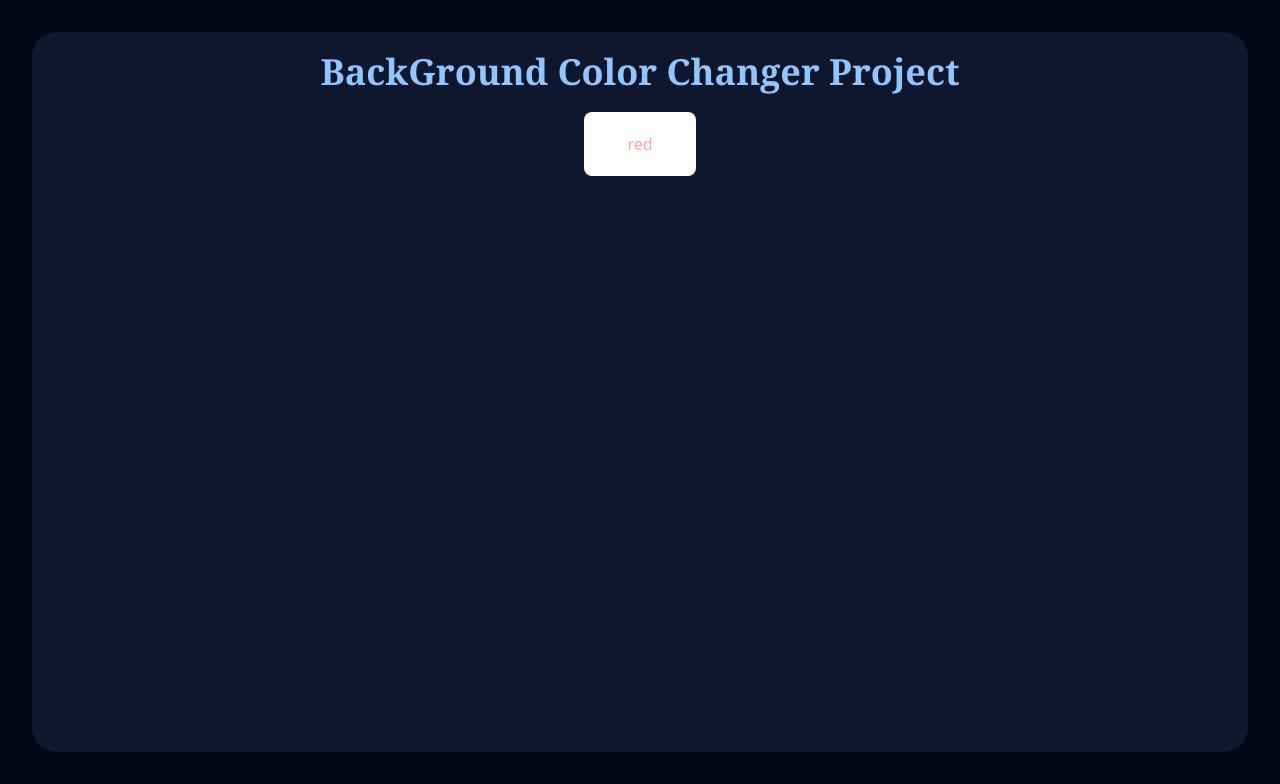
Repository: ChaitanyMishra/react-daily-work
Page: / (app in day-04-react/bg_color_changer/)
An editor plug-in stored every save of this project. The page is shown before and after the next save, followed by the edit.
The browser window is 1280 px wide. The pictures show the whole page.
The project was rebuilt for these pictures with package versions that can differ from the ones it lists, and the page was loaded fresh each time. Also part of the build but not shown: day-04-react/bg_color_changer/vite.config.js.

Above is the page before, as saved 2025-06-20 17:03:37.

### day-04-react/bg_color_changer/src/index.css
@tailwind base;
@tailwind components;
@tailwind utilities;
body{
  @apply bg-slate-950
}

### day-04-react/bg_color_changer/src/App.jsx
import {useState } from 'react'
import ChangeBgColor from './backGrounColorChanger/bgChange'

import './App.css'

function App() {
  const [colorState , changeColor] = useState('#0f172f')

  return (
    <div className='w-full h-screen rounded-3xl ' style={{backgroundColor: colorState}}>

    <h1 className=' pt-5 text-4xl font-serif font-bold text-blue-300 '>BackGround Color Changer Project</h1>
     <button className="bg-white text-red-300 m-5 p-5 rounded-lg w-[7rem]  ">red</button>
    <changeColor />
    </div>

  )


}

export default App

### day-04-react/bg_color_changer/src/backGrounColorChanger/bgChange.jsx
export default function ChangeBgColor(){
    return(
        <div className=" h-[10rem] w-[80%] bg-red ">

        </div>

    )


}

Loaded but not shown: day-04-react/bg_color_changer/index.html (common file); day-04-react/bg_color_changer/src/main.jsx (common file); day-04-react/bg_color_changer/src/App.css (common file); day-04-react/bg_color_changer/tailwind.config.js (common file)

After the next save:
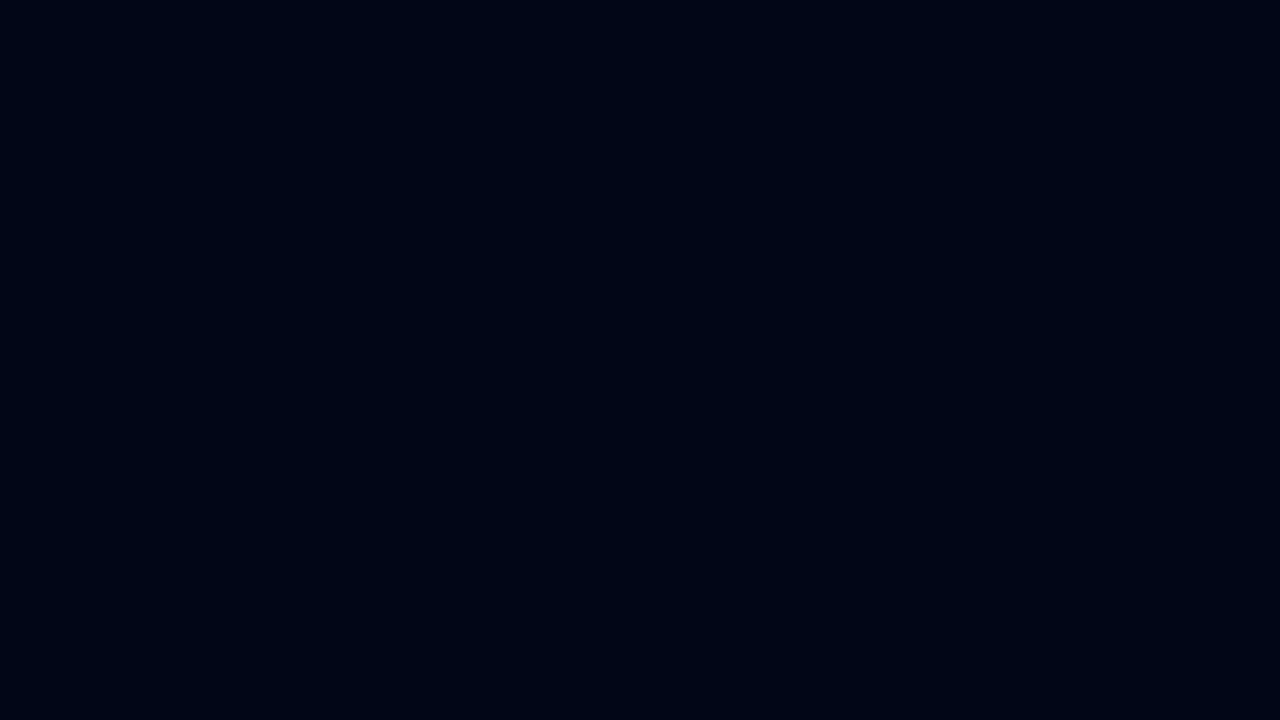
Console error: ReferenceError: ChangeColor is not defined
Saved 4 s later.
--- a/day-04-react/bg_color_changer/src/App.jsx
+++ b/day-04-react/bg_color_changer/src/App.jsx
@@ -11,7 +11,7 @@
 
     <h1 className=' pt-5 text-4xl font-serif font-bold text-blue-300 '>BackGround Color Changer Project</h1>
      <button className="bg-white text-red-300 m-5 p-5 rounded-lg w-[7rem]  ">red</button>
-    <changeColor />
+    <ChangeColor />
     </div>
 
   )

After the save that followed:
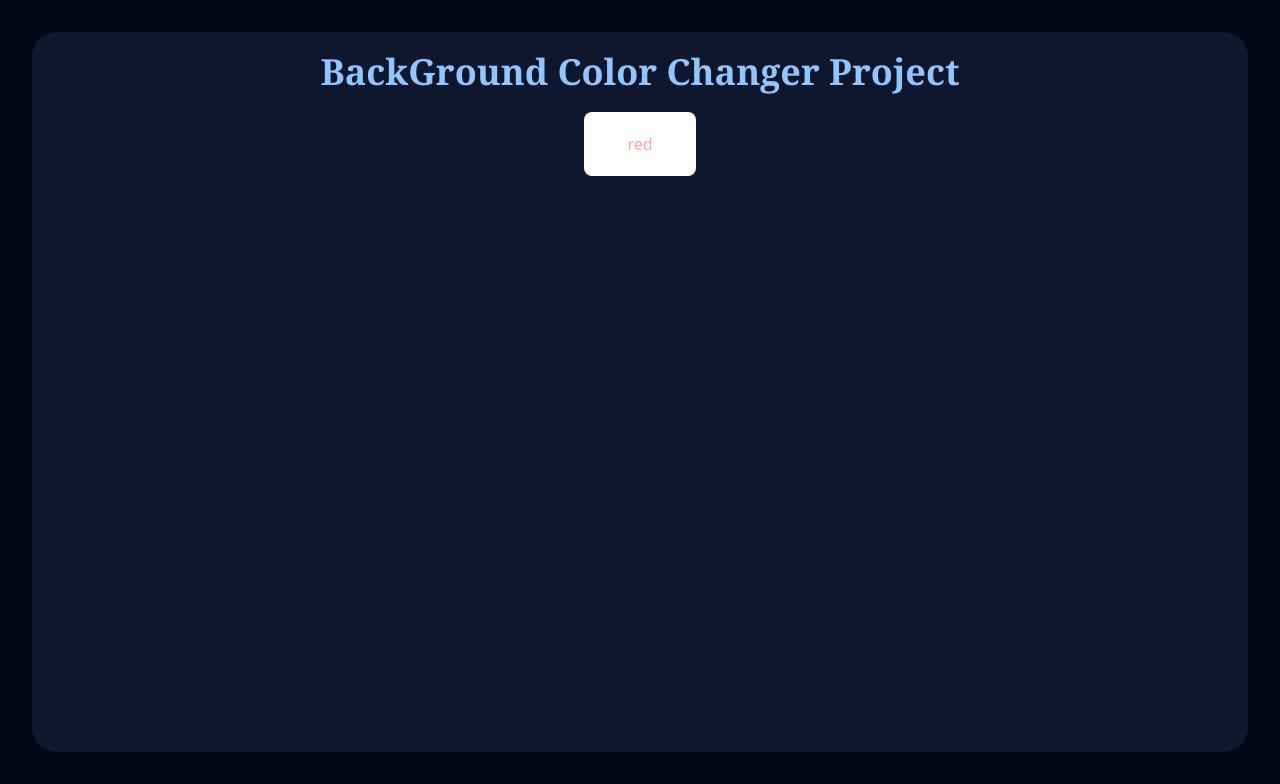
The error is gone.
Saved 9 s later.
--- a/day-04-react/bg_color_changer/src/App.jsx
+++ b/day-04-react/bg_color_changer/src/App.jsx
@@ -11,7 +11,7 @@
 
     <h1 className=' pt-5 text-4xl font-serif font-bold text-blue-300 '>BackGround Color Changer Project</h1>
      <button className="bg-white text-red-300 m-5 p-5 rounded-lg w-[7rem]  ">red</button>
-    <ChangeColor />
+    <ChangeBgColor />
     </div>
 
   )
